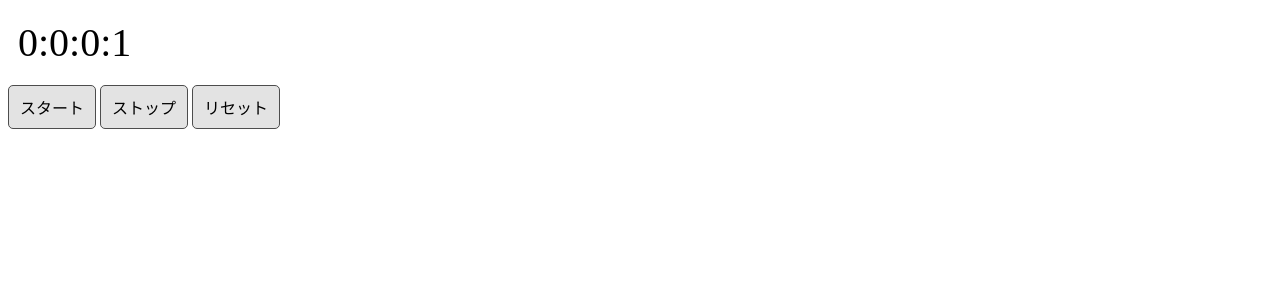
Repository: mai-akatsu/javascript
Page: index.html
The author's editor kept a record of every edit. The page is drawn from the files as they stood at one moment, then again after the next edit.
The browser window is 1280 px wide. The pictures show the whole page.
After loading, the first visible `#start_button` was clicked once.

Above is the page before.

### index.html
<!DOCTYPE html>
<html>
  <head>
      <meta charset="utf-8">
      <title>タイマー</title>
      <link rel="stylesheet" href="main.css" type="text/css" />
  </head>
  <body>
      <p id="timer">0:0:0:0</p>
      <div class="button">
          <button id="start_button">スタート</button>
          <button id="stop_button" disabled>ストップ</button>
          <button id="reset_button" disabled>リセット</button>
      </div>
     <script type="text/javascript" src="main.js"></script>
  </body>

</html>

### main.css
#timer {
    font-size: 40px;
    margin: 19px 10px;
}
#start_button {
    background-color: #e3e3e3;
    border: solid 1.3px #4d4d4d;
    border-radius: 5px;
    color: black;
    font-size: 16px;
    padding: 9px 11px;
}
#stop_button {
    background-color: #e3e3e3;
    border: solid 1.3px #4d4d4d;
    border-radius: 5px;
    color: black;
    font-size: 16px;
    padding: 9px 11px;
}
#reset_button {
    background-color: #e3e3e3;
    border: solid 1.3px #4d4d4d;
    border-radius: 5px;
    color: black;
    font-size: 16px;
    padding: 9px 11px;
}

### main.js
const time = document.getElementById("timer");

const start = document.getElementById("start_button");

const stop = document.getElementById("stop_button");

const reset = document.getElementById("reset_button");


let h = 0;
let m = 0;
let s = 0;
let ms = 0;

function stopWatch () {
  ms++;
  if(ms % 10 == 0){
    s++;
    ms = 0;
  }else if(ms % 10 ==0 && s % 60 ==0){
    m++;
    s = 0;
  }else if(ms % 10 ==0 && s % 60 ==0 && m % 60 ==0){
    h++;
    m = 0;
  }else if(m % 60 ==0 && h == 60){
    h = 0;
  }
    time.innerHTML = `${h}:${m}:${s}:${ms}`;
  }

let interval;

start.addEventListener('click',() =>{
  interval = setInterval(stopWatch, 1000);
  start.disabled = true;
  stop.disabled = false;
  reset.disabled = false;
})

stop.addEventListener('click',() =>{
  clearInterval(interval);
  start.disabled = false;
  stop.disabled = true;
  reset.disabled = false;
})
reset.addEventListener('click',() =>{
  time.innerHTML = "0:0:0:0";
  h = 0;
  m = 0;
  s = 0;
  ms = 0;
  start.disabled = false;
  stop.disabled = true;
  reset.disabled = true;
})

After the next edit:
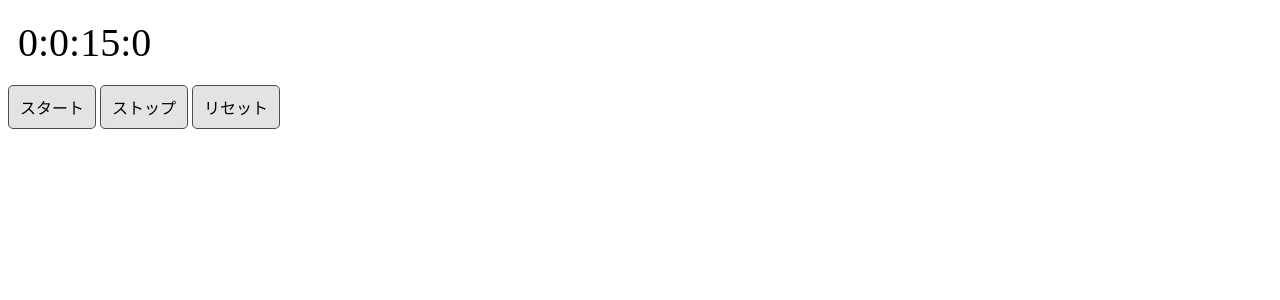
The edit:
--- a/main.js
+++ b/main.js
@@ -32,7 +32,7 @@
 let interval;
 
 start.addEventListener('click',() =>{
-  interval = setInterval(stopWatch, 1000);
+  interval = setInterval(stopWatch, 10);
   start.disabled = true;
   stop.disabled = false;
   reset.disabled = false;
